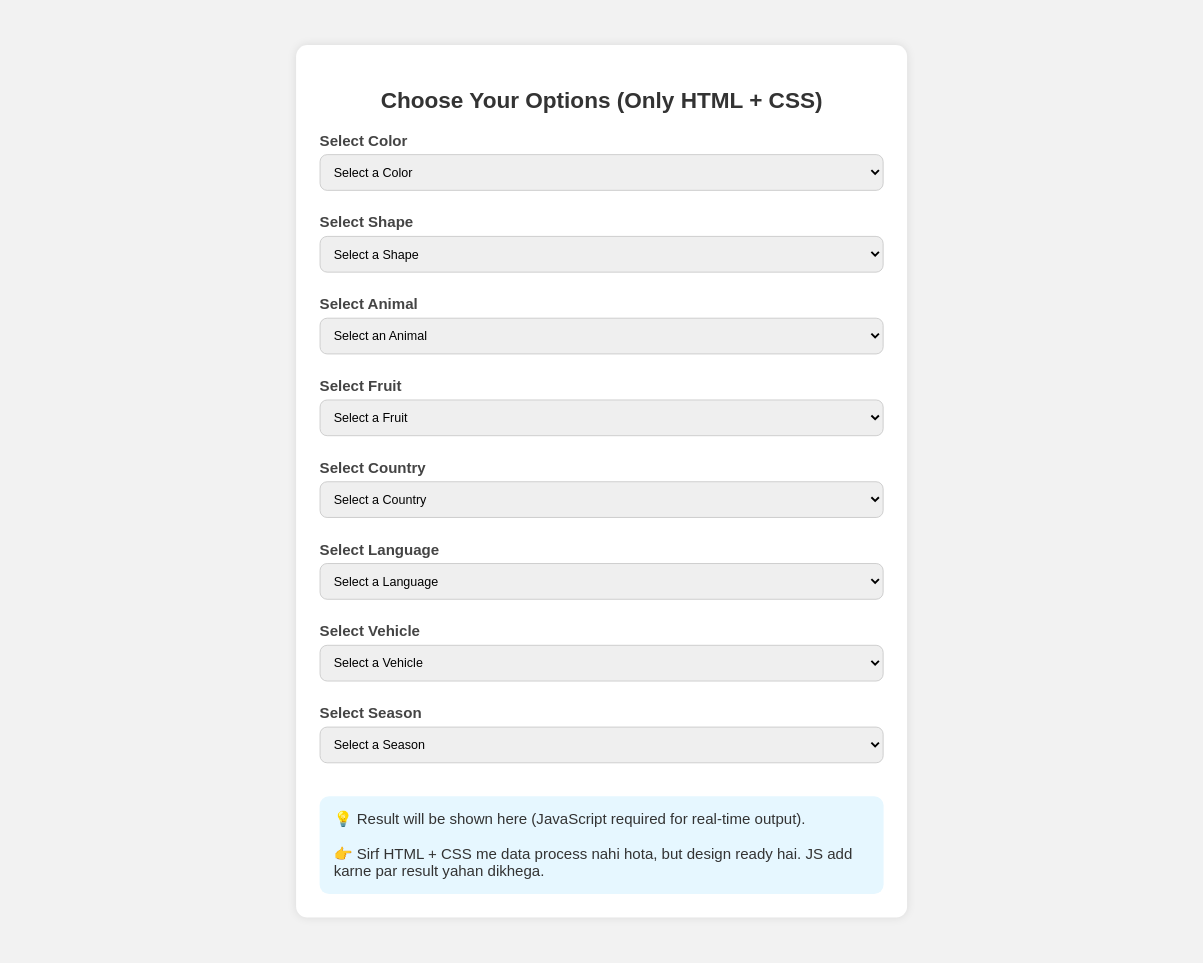
Repository: shukla-rishabh12/us_old_vhicalprice_prediction
Page: http://localhost/
An editor plug-in stored every save of this project. The page is shown before and after the next save, followed by the edit.
The browser window is 1280 px wide. The pictures show the whole page, at 94% of full size.
The page is served by the project's application, run on Flask 3 (app.py).

Above is the page before, as saved 2025-07-18 14:00:46.

After the next save:
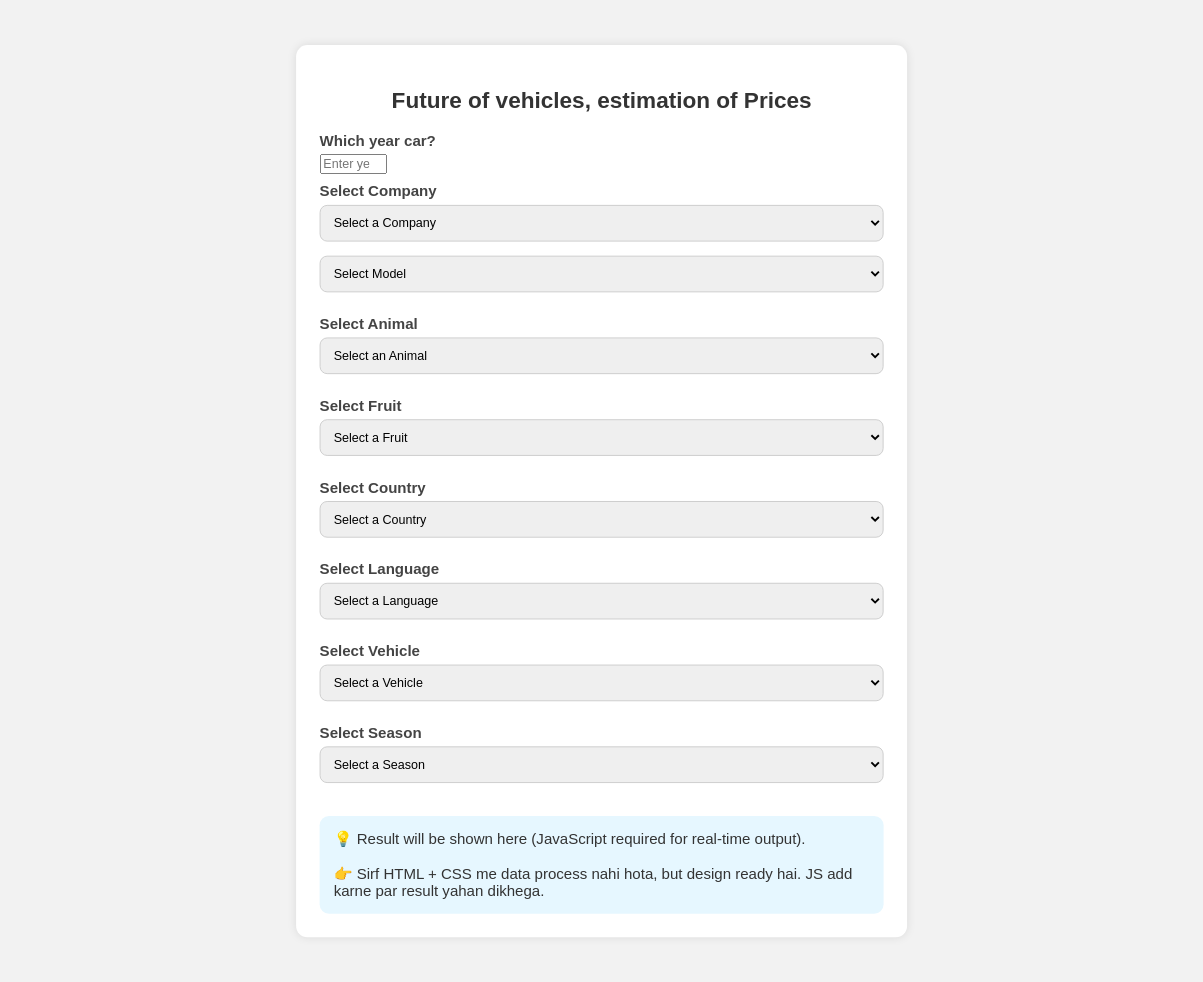
Saved 1 s later.
--- a/templates/app.html
+++ b/templates/app.html
@@ -54,23 +54,82 @@
 <body>
 
   <div class="container">
-    <h2>Choose Your Options (Only HTML + CSS)</h2>
-
-    <label for="input1">Select Color</label>
-    <select id="input1">
-      <option>Select a Color</option>
-      <option>Red</option>
-      <option>Blue</option>
-      <option>Green</option>
-    </select>
-
-    <label for="input2">Select Shape</label>
-    <select id="input2">
-      <option>Select a Shape</option>
-      <option>Circle</option>
-      <option>Square</option>
-      <option>Triangle</option>
-    </select>
+    <h2>Future of vehicles, estimation of Prices</h2>
+    <!--for year-->
+
+    <label for="input1">Which year car?</label>
+<input type="number" id="input1" name="input1" min="1982" max="2015" placeholder="Enter year between 2000–2025" required>
+
+
+    <!--for year-->
+
+    <label for="input2">Select Company</label>
+    <select id="input2"  onchange=loadModels()>
+      <option>Select a Company</option>
+      <option>ford</option>
+      <option>chevrolet</option>
+      <option>nissan</option>
+
+      <option>toyota</option>
+      <option>dodge</option>
+      <option>honda</option>
+
+      <option>hyundai</option>
+      <option>bmw</option>
+      <option>kia</option>
+
+      <option>chrysler</option>
+      <option>mercedes-benz</option>
+      <option>jeep</option>
+
+      <option>infiniti</option>
+      <option>volkswagen</option>
+      <option>lexus</option>
+
+
+      <option>gmc</option>
+      <option>mazda</option>
+      <option>cadillac</option>
+
+      <option>acura</option>
+      <option>audi</option>
+      <option>lincoln</option>
+
+      <option>buick</option>
+      <option>subaru</option>
+      <option>ram</option>
+
+      <option>pontiac</option>
+      <option>mitsubishi</option>
+      <option>volvo</option>
+
+      <option>mini</option>
+      <option>saturn</option>
+      <option>mercury</option>
+
+
+
+      <option>land rover</option>
+      <option>scion</option>
+      <option>jaguar</option>
+      <option>porsche</option>
+      <option>suzuki</option>
+      <option>other</option>
+
+
+    </select>
+
+
+
+
+
+     <!-- Model dropdown -->
+  <select id="model">
+    <option value="">Select Model</option>
+  </select>
+
+
+
 
     <label for="input3">Select Animal</label>
     <select id="input3">
@@ -126,5 +185,35 @@
     </div>
   </div>
 
+
+
+
+
+
+  <script>
+    function loadModels() {
+      const company = document.getElementById('company').value;
+
+      // Flask se model list laane ke liye fetch call
+      fetch('/get_models?company=' + company)
+        .then(response => response.json())
+        .then(data => {
+          const modelSelect = document.getElementById('model');
+          modelSelect.innerHTML = '';
+
+          // Models add karo
+          data.models.forEach(function(model) {
+            const option = document.createElement('option');
+            option.value = model;
+            option.text = model;
+            modelSelect.appendChild(option);
+          });
+        });
+    }
+
+
+
+  </script>
 </body>
+
 </html>
